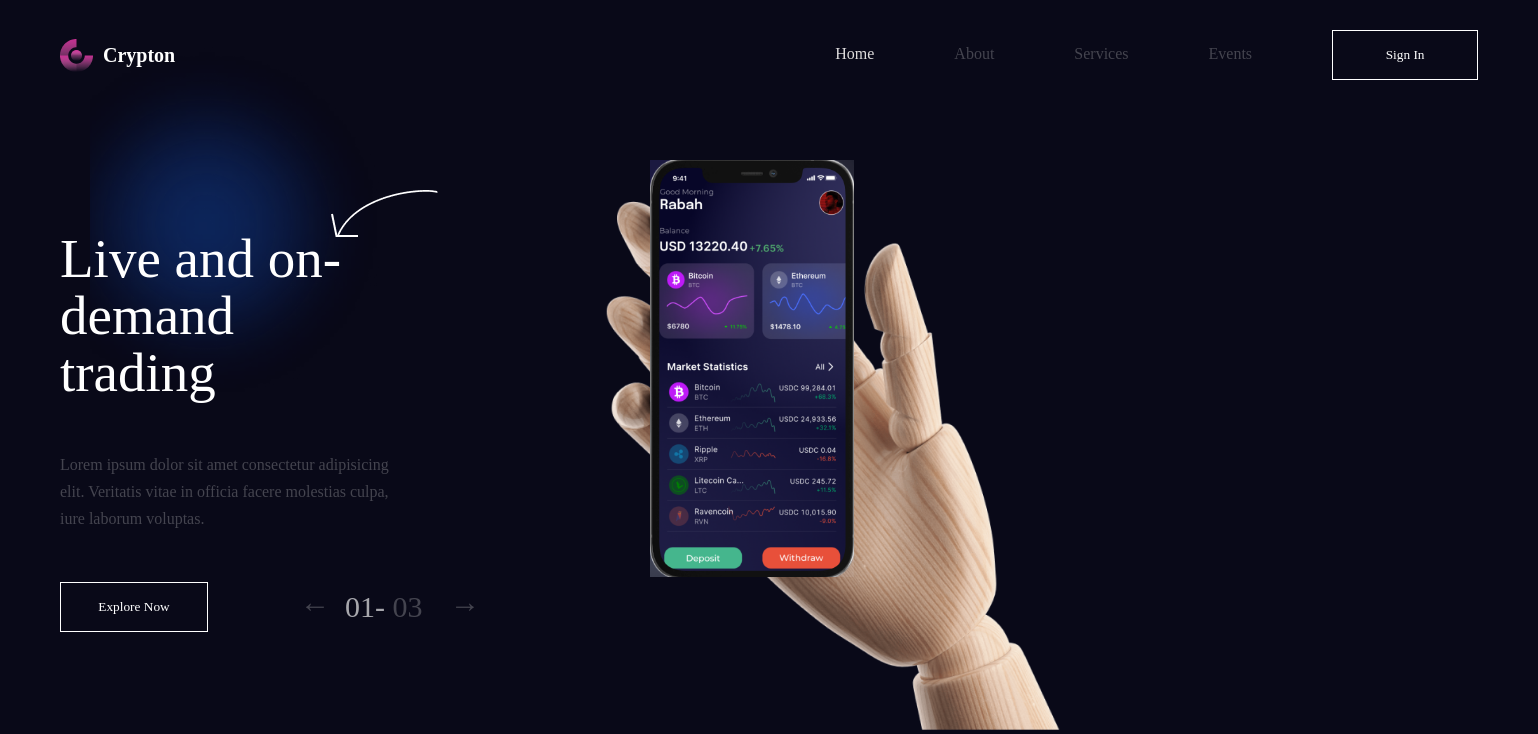
Repository: isaacCodes1/Crypton-Website
Page: index.html
An editor plug-in stored every save of this project. The page is shown before and after the next save, followed by the edit.
The browser window is 1280 px wide. The page is 1478 px wide, then 1538 px, so the pictures cover 1538 px, including what lies to the right of the window. The pictures show the whole page.

Above is the page before, as saved 2024-05-14 21:03:05.

After the next save:
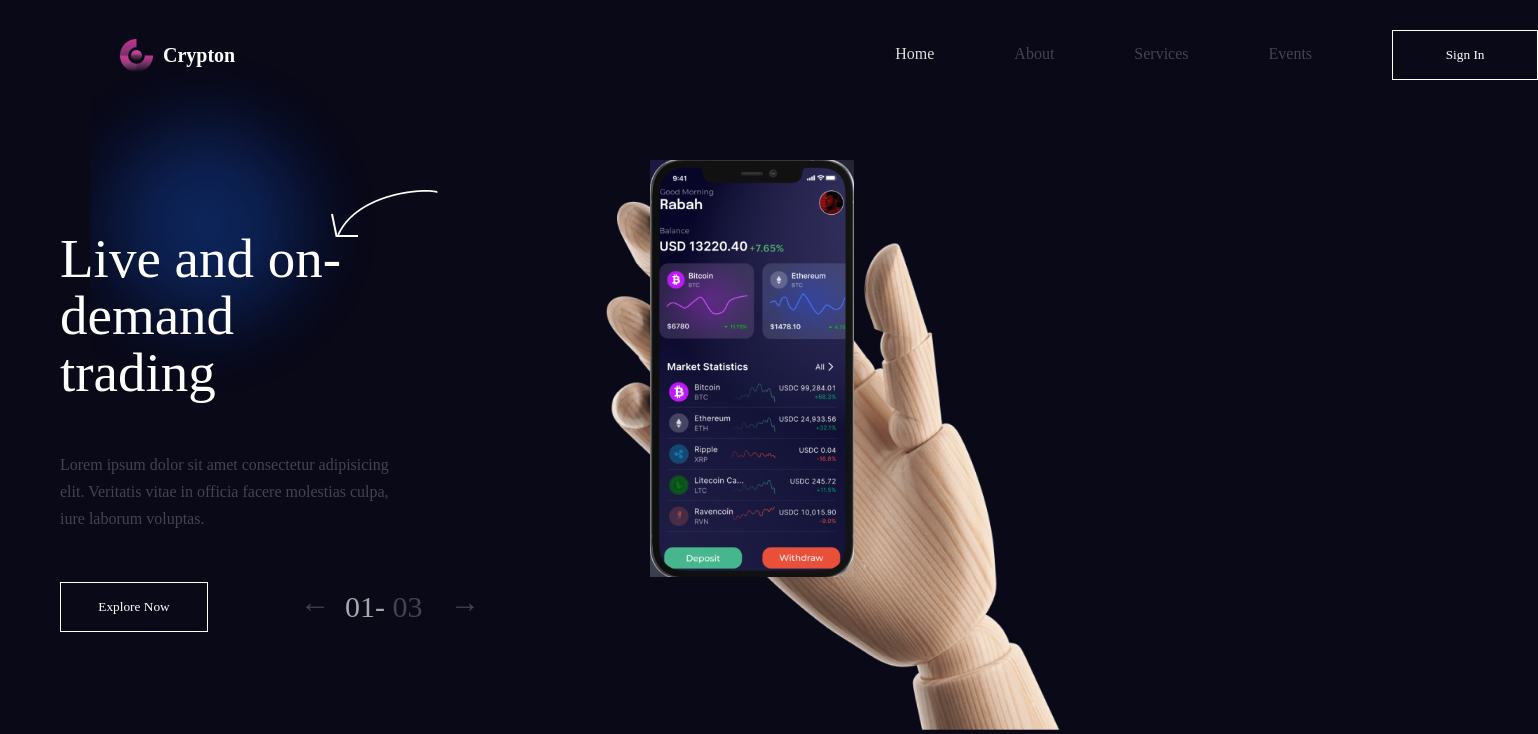
Saved 32 s later.
--- a/style.css
+++ b/style.css
@@ -13,7 +13,7 @@ body{
     align-items: center;
     gap: 10px;
     padding-top: 30px;
-    margin-left: 60px;
+    margin-left: 120px;
     margin-bottom: 150px;
     cursor: pointer;
 }
